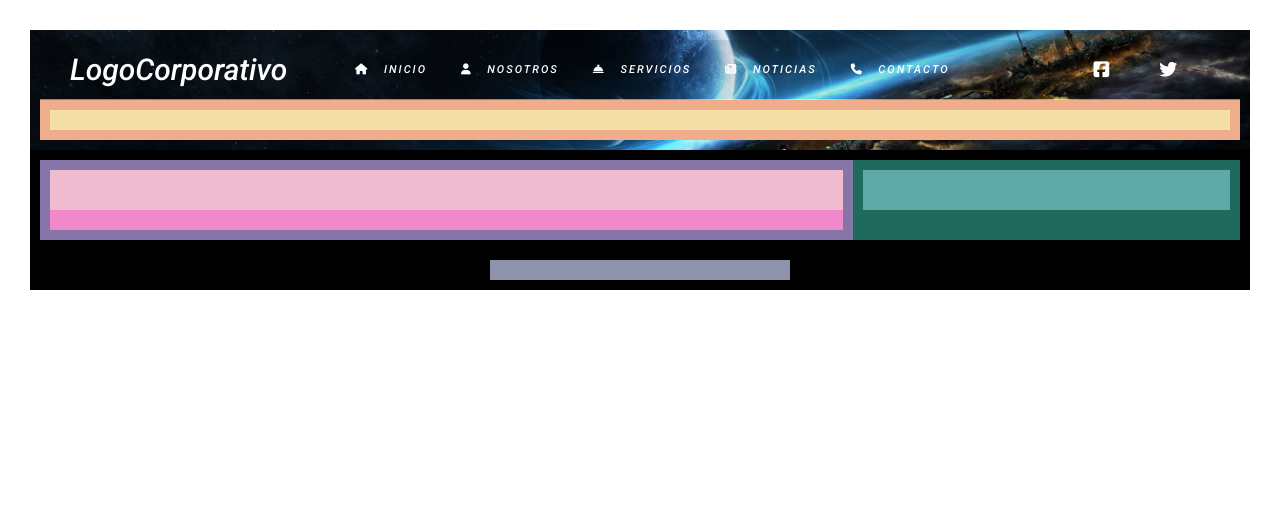
Repository: Aldo-DT/landingGree
Page: 2 CSS/pagina.html
These files come from the project's save history. The page is drawn as it stood at one moment and after the next save; the edit follows.
The browser window is 1280 px wide. The pictures show the whole page.
Some web libraries are served in a nearby version.

Above is the page before, as saved 2020-09-16 19:20:25.

### 2 CSS/pagina.html
<!DOCTYPE html>
<html lang="es">

<head>
    <meta charset="UTF-8">
    <meta name="viewport" content="width=device-width, initial-scale=1.0">
    <title>Document</title>
    <script src="https://kit.fontawesome.com/aaa9827a81.js" crossorigin="anonymous"></script>
    <link rel="stylesheet" href="css/font-awesome.min.css">
    <link href="https://fonts.googleapis.com/css2?family=Roboto:ital,wght@1,500&display=swap" rel="stylesheet">
    <link rel="stylesheet" href="css/pagina.css">
</head>

<body>
    <div class="padre">
        <header class="header">
            <div class="menu">
                <div class="logo">
                    <a href="index.html">LogoCorporativo</a>
                </div>
                <nav class="nav">
                    <a href="#"><i class="fas fa-home"></i> Inicio</a>
                    <a href="#"><i class="fas fa-user"></i> Nosotros</a>
                    <a href="#"><i class="fas fa-concierge-bell"></i> Servicios</a>
                    <a href="#"><i class="fas fa-newspaper"></i> Noticias</a>
                    <a href="#"><i class="fas fa-phone"></i> Contacto</a>
                </nav>
                <div class="social">
                    <div>
                        <a href="#">
                            <i class="fab fa-facebook-square"></i>
                        </a>
                    </div>
                    <div>
                        <a href="#">
                            <i class="fab fa-twitter"></i>
                        </a>
                    </div>
                </div>
            </div>
            <div class="texto-principal">
                <h1></h1>
            </div>
        </header>
        <section class="section">
            <div class="articulos">
                <article class="article"></article>
                <article class="article"></article>
                <article class="article"></article>
                <article class="article"></article>
                <nav class="navegacion"></nav>
            </div>
            <aside class="aside">
                <div class="publicidad"></div>
                <div class="publicidad"></div>
            </aside>
        </section>
        <footer class="footer">
            <nav class="pie"></nav>
        </footer>
    </div>
</body>

</html>

### 2 CSS/css/pagina.css
* {
    margin: 0px;
    padding: 10px;
    box-sizing: border-box;
}

body {
    font-family: 'Roboto', sans-serif;
}

a {
    text-decoration: none;
}

.padre {
    display: flex;
    flex-flow: column nowrap;
}

.header {
    background: url(../imagenes/bg-2.jpg);
    background-position: center;
    background-size: cover;
    display: flex;
    flex-flow: column nowrap;
}

.menu {
    background: rgba(0, 0, 0, .1);
    display: flex;
    flex-flow: row nowrap;
    height: 60px;
    align-items: center;
    border-bottom: 1px solid rgba(255, 255, 255, .5);
}

.logo {
    flex: 1 1 auto;
}

.logo a {
    color: #fff;
    font-size: 30px;
}

.logo a:hover {
    color: #343434;
}

.nav {
    flex: 5 1 auto;
}

.nav a {
    color: #fff;
    font-size: 11px;
    text-transform: uppercase;
    padding: 0 10px;
    letter-spacing: 2px;
}

.nav a:hover {
    color: #343434;
}

.social {
    flex: 1 1 auto;
    display: flex;
}

.social a {
    font-size: 18px;
    color: #fff;
    padding: 0 5px;
}

.social a:hover {
    color: #343434;
}

.texto-principal {
    background: #f0ad8b;
}

h1 {
    background: #f3dea6;
}

.section {
    background: #000;
    display: flex;
}

.articulos {
    background: #8675a9;
    flex: 2 1 auto;
    display: flex;
    flex-flow: row wrap;
}

.article {
    background: #efbbcf;
    flex: 1 1 40%;
}

.navegacion {
    background: #f188c9;
    flex: 1 1 100%;
}

.aside {
    background: #206a5d;
    flex: 1 1 auto;
}

.publicidad {
    background: #5eaaa8;
}

.footer {
    background: #000;
    display: flex;
    justify-content: center;
}

.pie {
    background: #8d93ab;
    width: 300px;
}

@media all and (max-width: 800px) {
    .section {
        flex-direction: column;
    }
    .menu {
        flex-direction: column;
        height: auto;
    }
    .aside {
        display: flex;
        justify-content: center;
    }
}

@media all and (max-width: 600px) {
    .articulos {
        flex-direction: column;
    }
}

@media all and (max-width: 400px) {
    .aside {
        flex-direction: column;
    }
}

Loaded but not shown: 2 CSS/css/font-awesome.min.css (library)

After the next save:
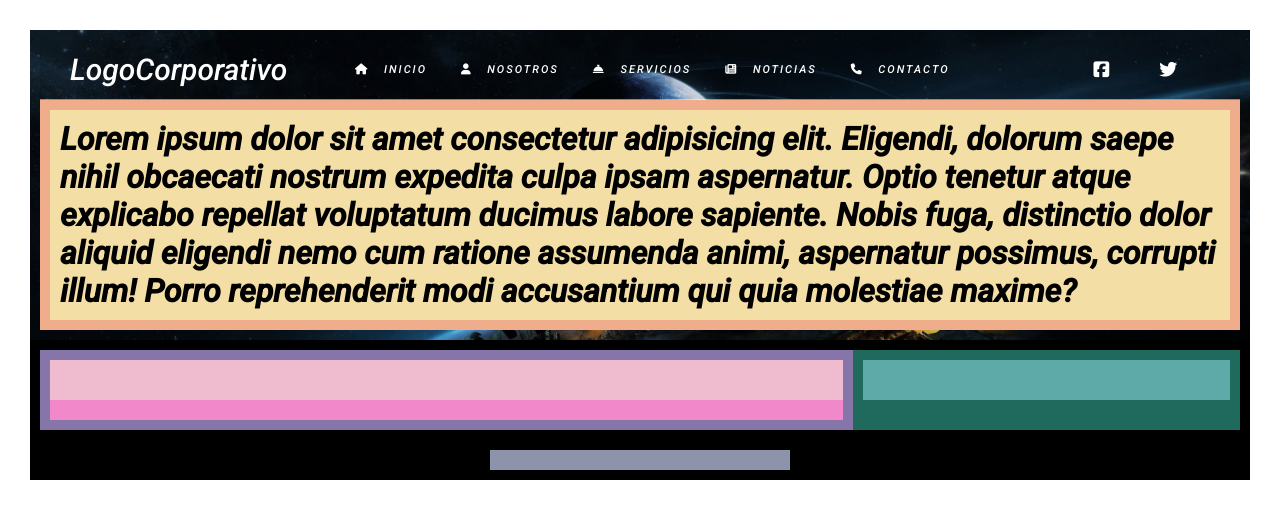
Saved 59 s later.
--- a/2 CSS/pagina.html
+++ b/2 CSS/pagina.html
@@ -39,7 +39,8 @@
                 </div>
             </div>
             <div class="texto-principal">
-                <h1></h1>
+                <h1>Lorem ipsum dolor sit amet consectetur adipisicing elit. Eligendi, dolorum saepe nihil obcaecati nostrum expedita culpa ipsam aspernatur. Optio tenetur atque explicabo repellat voluptatum ducimus labore sapiente. Nobis fuga, distinctio
+                    dolor aliquid eligendi nemo cum ratione assumenda animi, aspernatur possimus, corrupti illum! Porro reprehenderit modi accusantium qui quia molestiae maxime?</h1>
             </div>
         </header>
         <section class="section">
